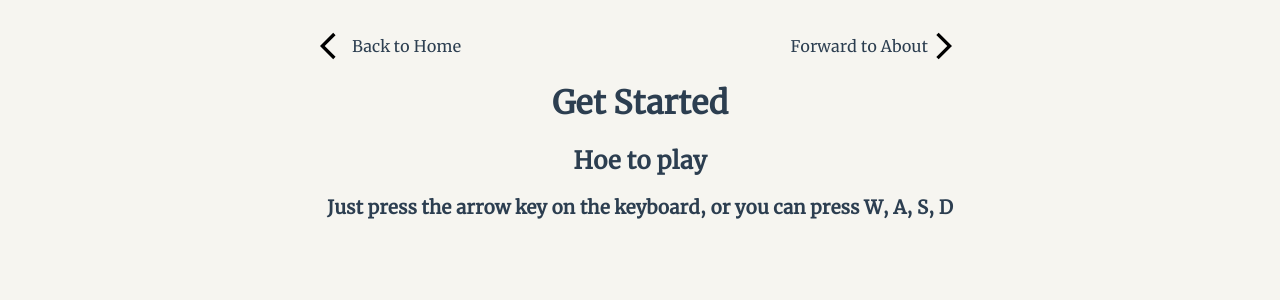
Repository: 321paranoiawhy/2048
Page: /get-started
An editor plug-in stored every save of this project. The page is shown before and after the next save, followed by the edit.
The browser window is 1280 px wide. The pictures show the whole page.
The project was rebuilt for these pictures with package versions that can differ from the ones it lists, and the page was loaded fresh each time. Also part of the build but not shown: vue.config.js, src/components/footer.vue.

Above is the page before, as saved 2022-04-29 22:19:24.

### src/App.vue
<template>
    <router-view />
</template>

<style lang="scss">
// 字体
@font-face {
    font-family: Merriweather-Regular;
    src: url(/src/assets/fonts/Merriweather-Regular.ttf);
}
#app {
    font-family: Merriweather-Regular;
    -webkit-font-smoothing: antialiased;
    -moz-osx-font-smoothing: grayscale;
    text-align: center;
    color: #2c3e50;
}
// 网页背景色 https://manuelmoreale.com/
html {
    background-color: #f6f5f0;
    scroll-behavior: smooth;
}
nav {
    padding: 30px;

    a {
        font-weight: bold;
        color: #2c3e50;

        &.router-link-exact-active {
            color: #42b983;
        }
    }
}
</style>

### src/views/GetStartedView.vue
<template>
    <div class="container">
        <div class="back-forward">
            <div>
                <img src="../assets/images/IcBaselineArrowBackIos.svg" alt="" />
                <span>Back to Home</span>
            </div>
            <div>
                <span>Forward to About</span>
                <img
                    src="../assets/images/IcBaselineArrowForwardIos.svg"
                    alt=""
                />
            </div>
        </div>
        <h1>Get Started</h1>
        <h2>Hoe to play</h2>
        <h3>
            Just press the arrow key on the keyboard, or you can press W, A, S,
            D
        </h3>
    </div>
</template>

<style lang="scss" scoped>
$width-height: 32px;
div .container {
    width: calc(50vw);
    margin: 30px auto;
}
div .back-forward {
    display: flex;
    justify-content: space-between;
    align-items: center;
    & div {
        display: flex;
        justify-content: center;
        align-items: center;
    }
}
</style>

Loaded but not shown: public/index.html (common file); src/main.js (common file); src/store/index.js (common file); src/router/index.js (41 lines, source omitted); src/views/HomeView.vue (1184 lines, source omitted)

After the next save:
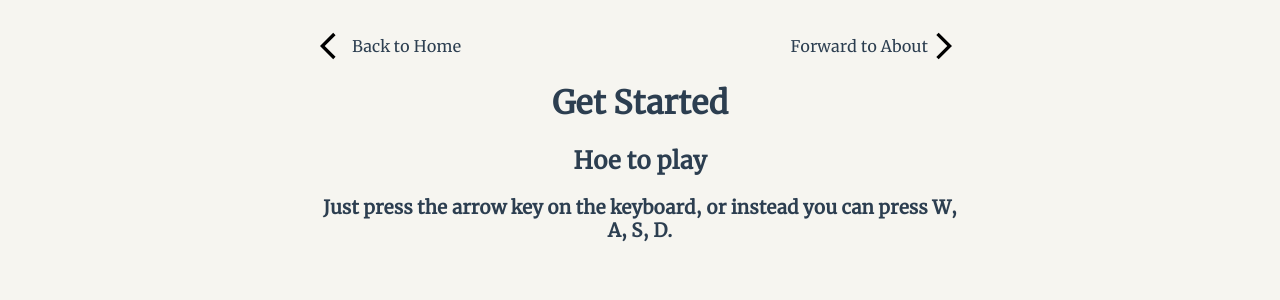
Saved 44 s later.
--- a/src/views/GetStartedView.vue
+++ b/src/views/GetStartedView.vue
@@ -16,8 +16,8 @@
         <h1>Get Started</h1>
         <h2>Hoe to play</h2>
         <h3>
-            Just press the arrow key on the keyboard, or you can press W, A, S,
-            D
+            Just press the arrow key on the keyboard, or instead you can press
+            W, A, S, D.
         </h3>
     </div>
 </template>
